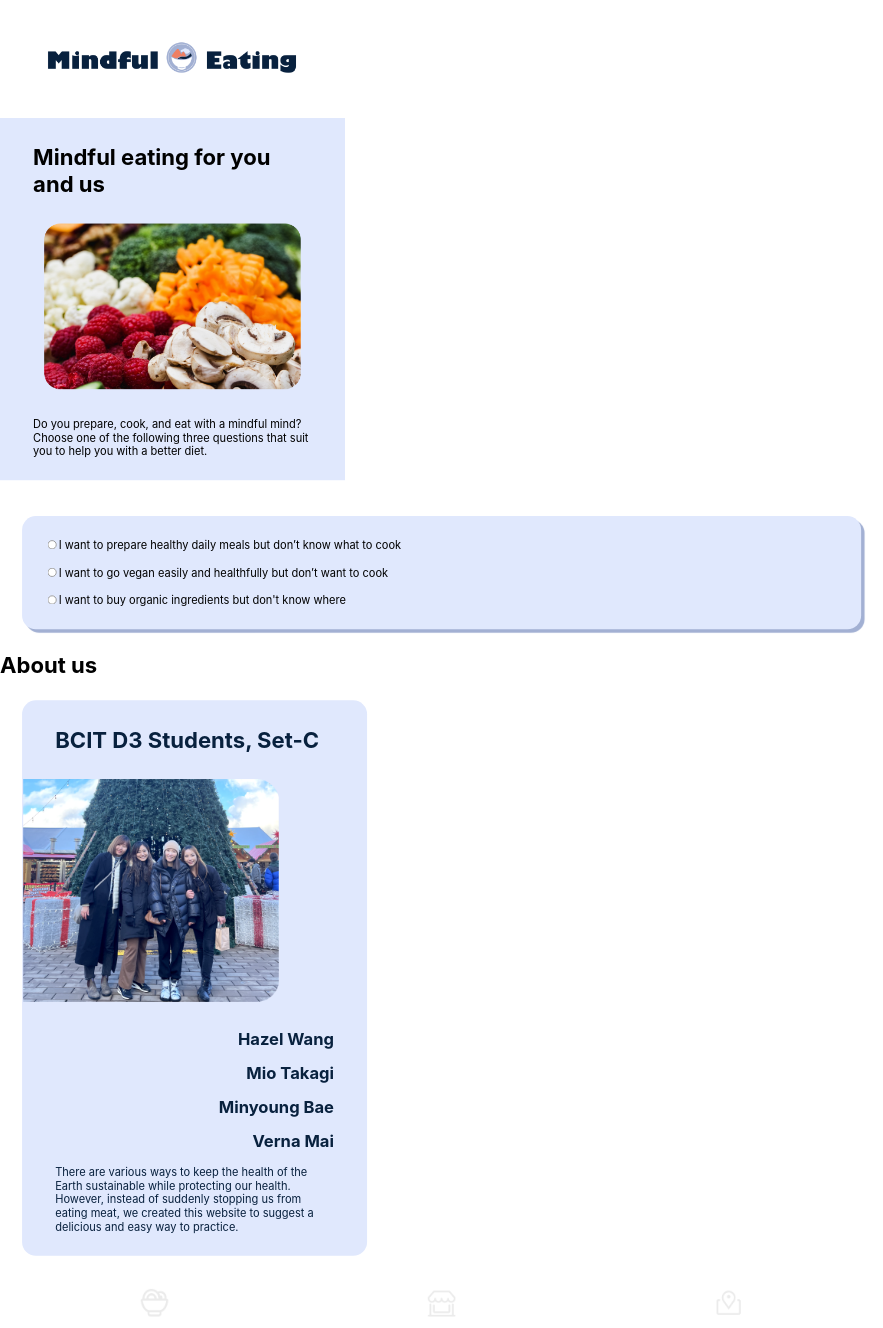
Repository: Kinakopan/design_mindfulEating_site
Page: / (app in firstapp/)
The author's editor kept a copy of each file at every save. The page is drawn from the files as they stood at one save, then again after the next save.
The browser window is 1280 px wide. The pictures show the whole page, at 69% of full size.
The project was rebuilt for these pictures with package versions that can differ from the ones it lists, and the page was loaded fresh each time. The framework's server and built-in components were replaced by stand-ins that run in the browser. Also part of the build but not shown: firstapp/next.config.js.

Above is the page before, as saved 2022-04-21 13:57:38.

### firstapp/pages/index.js
import Head from 'next/head';
import styles from '../styles/Home.module.css';
import Link from 'next/link';
import ImgCard from '../comps/ImgCard';
import Navbar from '../comps/Navbar';
import Questions from '../comps/Questions';

import { useRouter } from 'next/router';

export default function Home() {

  const r = useRouter();

  return (
    <div className={styles.container}>
      <Head>
        <title>Mindful eating</title>
        <meta name="description" content="Mindful eating guide website" />
        <link rel="icon" href="/logo/navbar_logo.png" />
      </Head>

      <main>

      <ImgCard
        img="/logo/horizontal_logo.png"
        bg="white"
      />

      <ImgCard
      title="Mindful eating for you and us"
      bg="#E0E8FD"
      img="/food1.png"
      tcl="#000"
      txt="Do you prepare, cook, and eat with a mindful mind? Choose one of the following three questions that suit you to help you with a better diet."
      />

    <br></br>

      <Questions
      id="recipe" btName="want to cook" txt="I want to prepare healthy daily meals but don’t know what to cook" id2="restaurant" btName2="dont want to cook" txt2="I want to go vegan easily and healthfully but don’t want to cook"
      id3="localFood" btName3="want to buy" txt3="I want to buy organic ingredients but don't know where"></Questions>



    <h1>About us</h1>

      <ImgCard
        bor="20px"
        mar="2rem"
        title="BCIT D3 Students, Set-C"
        img="/about_us.png"
        marg="0 0 0 -4em"
        n1="Hazel Wang"
        n2="Mio Takagi"
        n3="Minyoung Bae"
        n4="Verna Mai"
        txt="There are various ways to keep the health of the Earth sustainable while protecting our health. However, instead of suddenly stopping us from eating meat, we created this website to suggest a delicious and easy way to practice."
      />

      <Navbar></Navbar>

      </main>
    </div>
  )
}

### firstapp/comps/ImgCard.js
import { Children } from 'react';
import styled from 'styled-components';

const CardCont = styled.div`
    background-color: ${props=>props.cl};
    color: ${props=>props.text_cl};
    min-width: 375px;
    max-width: 500px;
    padding: 1em 3em 1em 3em;
    border-radius: ${props=>props.border_radius};
    margin: ${props=>props.margin};
`;

const DispImage = styled.img`
    width: 100%;
    padding: 1em;
    margin: ${props=>props.image_margin};
`;

const List = styled.div`
    text-align: right;
`;

export default function ImgCard({
    img="/food1.png",
    bg="#E0E8FD",
    tcl="#08213E",
    title="",
    txt="",
    bor="",
    mar="",
    n1,n2,n3,n4="",
    marg="",
    Children=null

}){

    return <CardCont cl={bg} text_cl={tcl} border_radius={bor} margin={mar}>
        <h1>{title}</h1>
        <DispImage src={img} image_margin={marg}/>
        <br/>
        <List>
            <h2>{n1}</h2>
            <h2>{n2}</h2>
            <h2>{n3}</h2>
            <h2>{n4}</h2>
        </List>
        <p>{txt}</p>
        {Children}

    </CardCont>
}

### firstapp/comps/Navbar/index.js
import styled from "styled-components";

import { useRouter } from 'next/router';


const NavBottom = styled.div`
    width: 100vw;
    height: fit-content;
    display: flex;
    justify-content: space-around;
    align-items: center;
    margin-top: 20px;
    padding: 1em;
    background-color: white;
`;

const Button = styled.button`
    background-image: url("${props=>props.icon}");
    background-color: white;
    background-size: 100% 100%;
    width: 40px;
    height: 40px;
    border: none;
`


export default function Navbar(){

    const r = useRouter();

    return <NavBottom>
        <Button icon="/Logo/logo1.png" onClick = {
            ()=>r.push("/recipes")
        }></Button>
        <Button icon="/Logo/logo2.png" onClick = {
            ()=>r.push("/quiz")
        }></Button>
        <Button icon="/Logo/logo3.png" onClick = {
            ()=>r.push("/recipes")
        }></Button>
    </NavBottom>
}

### firstapp/comps/Questions.js
import styled from 'styled-components';


const Cont = styled.form`
  background-color: #E0E8FD;
  border-radius: 20px;
  box-shadow: #A2B0D3 5px 5px 1px;
  padding: 2em;
  margin: 2em;
`;

// const Question = styled.input`
//   border-radius: 20%;
//   appearance: none;
//   transition: 0.2s all linear;
//   color: #EF7F63

// `;

export default function Questions({
  txt="", txt2="", txt3="",
  id="", id2="", id3="",


}){

  return <Cont>
    <div>
    <input type="radio" id={id} name="radio button" value={txt}/>
    <label for={id}>{txt}</label>
    </div>


    <br/>

    <div>
    <input type="radio" id={id2} name="radio button" value={txt2}/>
    <label for={id2}>{txt2}</label>
    </div>

    <br/>

    <div>
    <input type="radio" id={id3} name="radio button" value={txt3}/>
    <label for={id3}>{txt3}</label>
    </div>


  </Cont>
}

Loaded but not shown: firstapp/pages/_app.js (common file); firstapp/styles/globals.css (common file); firstapp/styles/Home.module.css (common file)

After the next save:
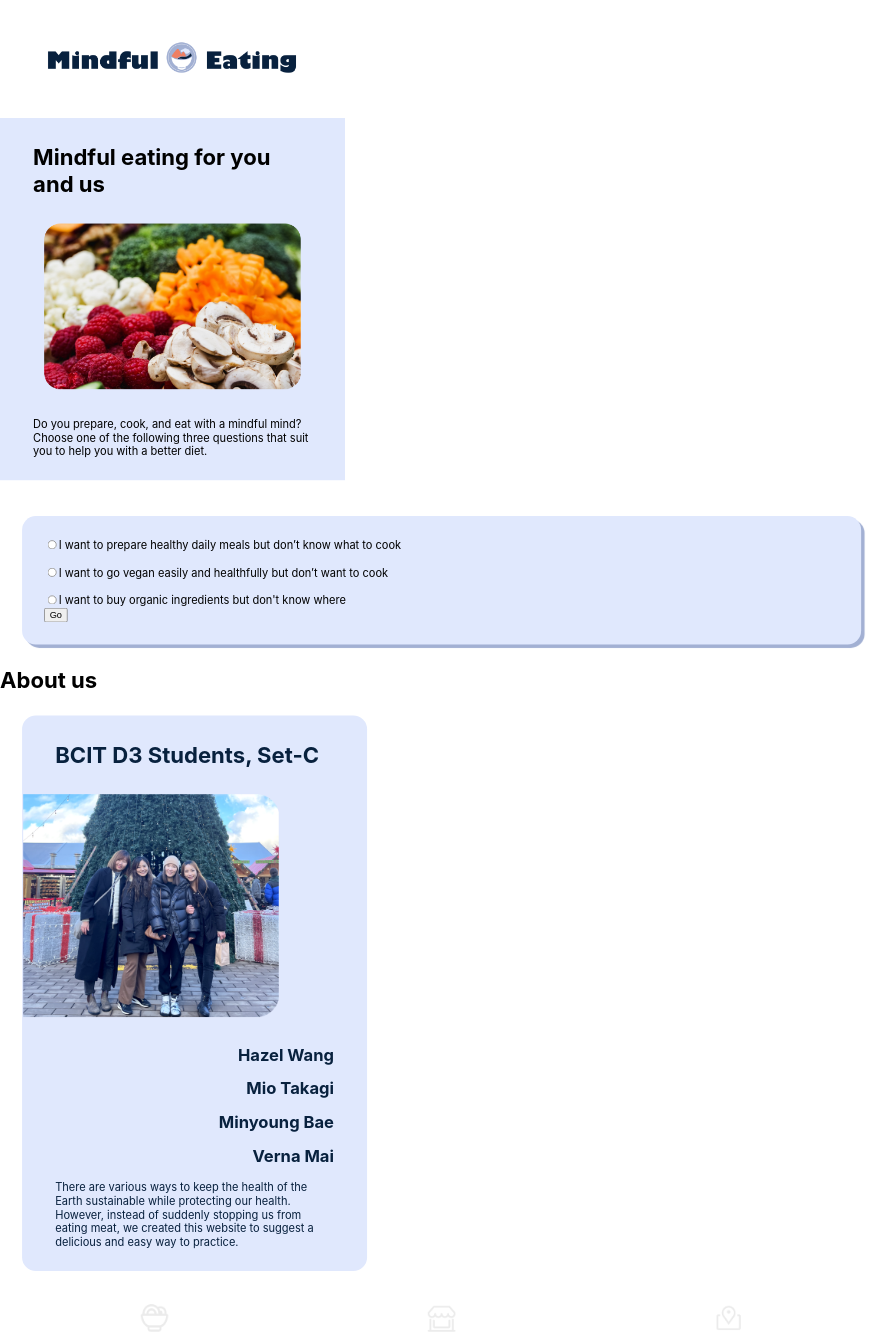
Saved 22 min 58 s later.
--- a/firstapp/comps/Questions.js
+++ b/firstapp/comps/Questions.js
@@ -45,6 +45,8 @@ export default function Questions({
     <label for={id3}>{txt3}</label>
     </div>
 
+    <button type='submit'>Go</button>
+
 
   </Cont>
 }
